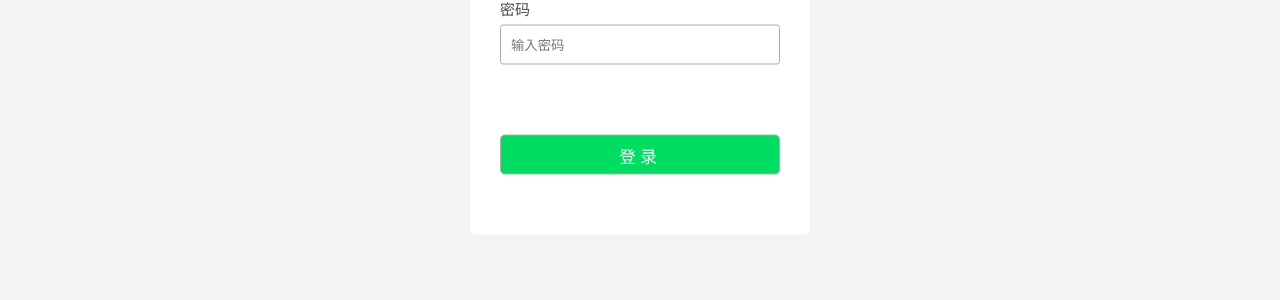
Repository: qxchuckle/LoveUmbrella
Page: index.html
These files come from the project's save history. The page is drawn as it stood at one moment and after the next save; the edit follows.
The browser window is 1280 px wide. The pictures show the whole page.

Above is the page before, as saved 2022-10-02 20:59:39.

### index.html
<!DOCTYPE html>
<html>
	<head>
		<meta charset="utf-8">
		<title>爱心伞注册登录界面</title>
		<link rel="stylesheet" type="text/css" href="index.css" />
	</head>
	<body>
		<div class="control">
            <h2>爱心伞注册登录界面</h2>
			<div class="item">
				<div class="active">登录</div><div>注册</div>
			</div>
			<p id="error_box"></p>
			<div class="content">
				<div style="display: block;">
					<p>账号</p>
					<input class="input1" type="text" placeholder="输入用户名/邮箱" />
					<p>密码</p>
					<input class="input2"  type="text" placeholder="输入密码" />
					<br/>
					<p id="loding_box1"></p>
					<button class="btn1">登录</button>
				</div>
				<div>
					<p>用户名</p>
					<input class="input3"  type="text" placeholder="输入用户名" />
					<p>密码</p>
					<input class="input4"  type="text" placeholder="输入密码" />
					<p>邮箱</p>
					<input class="input5"  type="text" placeholder="输入邮箱" />
					<br/>
					<p id="loding_box2"></p>
					<button class="btn2">注册</button>
				</div>
			</div>
		</div>

		<script src="index.js"></script>
	</body>
</html>

### index.css
*{
	margin: 0;
	padding: 0;
}
body{
	background: #f3f3f3;
	transform: scale(1, 1);
}
.control{
	width: 340px;
	background: white;
	position: absolute;
	top: 50%;
	left: 50%;
	transform: translate(-50%,-50%);
	border-radius: 5px;
}
.control h2{
	text-align: center;
	padding: 10px;
}
.item{
	width: 340px;
	height: 60px;
	background: #eeeeee;
}
.item div{
	width: 170px;
	height: 60px;
	display: inline-block;
	color: black;
	font-size: 18px;
	text-align: center;
	line-height: 60px;
	cursor: pointer;
}
.content{
	width: 100%;
}
.content div{
	margin: 20px 30px;
	display: none;
	text-align: left;
}
p{
	color: #4a4a4a;
	margin-top: 30px;
	margin-bottom: 6px;
	font-size: 15px;
}
.content input[type="text"], .content input[type="password"]{
	width: 100%;
	height: 40px;
	border-radius: 3px;
	border: 1px solid #adadad;
	padding: 0 10px;
	box-sizing: border-box;
}
.content button{
	margin-top: 40px;
	width: 100%;
	height: 40px;
	border-radius: 5px;
	color: white;
	border: 1px solid #adadad;
	background: #00dd60;
	font-size: 17px;
	cursor: pointer;
	letter-spacing: 4px;
	margin-bottom: 40px;
}
.content button:hover{
	background: #36e2e2;
}
.content button:active{
	background: #fa5d5d;
}
.active{
	background: white;
}
.item div:hover{
	background: #f6f6f6;
}
#error_box{
	text-align: center;
	color: #fa5d5d;
	font-weight: 600;
	font-size: 17px;
	margin-top: 15px;
	margin-bottom: -10px;
}

### index.js
const btn1 = document.querySelector(".btn1");
const btn2 = document.querySelector(".btn2");
var oError = document.getElementById("error_box");
var oLoding1 = document.getElementById("loding_box1");
var oLoding2 = document.getElementById("loding_box2");
const account1 = document.querySelector(".input1");
const password1 = document.querySelector(".input2");
const account2 = document.querySelector(".input3");
const password2 = document.querySelector(".input4");
const email = document.querySelector(".input5");
window.onload = function () {
	var item = document.getElementsByClassName("item");
	var it = item[0].getElementsByTagName("div");

	var content = document.getElementsByClassName("content");
	var con = content[0].getElementsByTagName("div");

	for (let i = 0; i < it.length; i++) {
		it[i].onclick = function () {
			for (let j = 0; j < it.length; j++) {
				it[j].className = '';
				con[j].style.display = "none";
			}
			this.className = "active";
			it[i].index = i;
			con[i].style.display = "block";
			oError.innerHTML = "";
		}
	}
}
function setCookies(obj, limitTime) {
	let data = new Date(new Date().getTime() + limitTime * 24 * 60 * 60 * 1000).toUTCString()
	for (let i in obj) {
		document.cookie = i + '=' + obj[i] + ';expires=' + data
	}
}
function getCookie(name) {
	var arr, reg = new RegExp("(^| )" + name + "=([^;]*)(;|$)");
	if (arr = document.cookie.match(reg))
		return unescape(arr[2]);
	else
		return null;
}
var cookieValue = getCookie('token');
//自动登录
if (cookieValue) {
	window.location.href = '/zhuye/';
}
//登录
btn1.addEventListener("click", function () {
	oError.innerHTML = "";
	if (account1.value.length > 20 || account1.value.length < 2) {
		oError.innerHTML = "账号请输入2-20位字符";
		return;
	}
	if (password1.value.length > 20 || password1.value.length < 6) {
		oError.innerHTML = "密码请输入6-20位字符"
		return;
	} else for (var i = 0; i < password1.value.charCodeAt(i); i++) {
		if ((password1.value.charCodeAt(i) < 48) || (password1.value.charCodeAt(i) > 57) && (password1.value.charCodeAt(i) < 97) || (password1.value.charCodeAt(i) > 122)) {
			oError.innerHTML = "密码必须为字母跟数字组成";
			return;
		}
	}
	oLoding1.innerHTML = "<img src='loding.gif'>登录中";
	fetch('https://mock.apifox.cn/m1/1703731-0-default/login', {
		method: "POST",
		body: JSON.stringify({ account: account1.value, password: password1.value }),
		headers: {
			"Content-Type": "application/json"
		},
	})
		.then(response => {
			if (response.ok) {
				return response.json();
			} else {
				return Promise.reject('QAQ出错啦');
			}
		})
		.then(data => {
			console.log(data);
			oError.innerHTML = "登录成功";
			setCookies({
				token: data.list.token,
			}, 7);
			oLoding1.innerHTML = "";
			window.location.href = '/zhuye/';
		});
});

//注册
btn2.addEventListener("click", function () {
	oError.innerHTML = "";
	if (account2.value.length > 20 || account2.value.length < 2) {
		oError.innerHTML = "账号请输入2-20位字符";
		return;
	}
	if (password2.value.length > 20 || password2.value.length < 6) {
		oError.innerHTML = "密码请输入6-20位字符"
		return;
	} else for (var i = 0; i < password2.value.charCodeAt(i); i++) {
		if ((password2.value.charCodeAt(i) < 48) || (password2.value.charCodeAt(i) > 57) && (password2.value.charCodeAt(i) < 97) || (password2.value.charCodeAt(i) > 122)) {
			oError.innerHTML = "密码必须为字母跟数字组成";
			return;
		}
	}
	var email_Regex = new RegExp('^.+@[A-Z0-9a-z]+\.[a-zA-Z]+$');
	if (!email_Regex.test(email.value)) {
		oError.innerHTML = "邮箱格式不正确";
		return;
	}
	oLoding2.innerHTML = "<img src='loding.gif'>注册中";
	fetch('https://mock.apifox.cn/m1/1703731-0-default/register', {
		method: "POST",
		body: JSON.stringify({ account: account2.value, password: password2.value, email: email.value }),
		headers: {
			"Content-Type": "application/json"
		},
	})
		.then(response => {
			if (response.ok) {
				return response.json();
			} else {
				return Promise.reject('QAQ出错啦');
			}
		})
		.then(data => {
			oError.innerHTML = "注册成功";
			oLoding2.innerHTML = "";
	     	window.location.href = '/';
		});
});

After the next save:
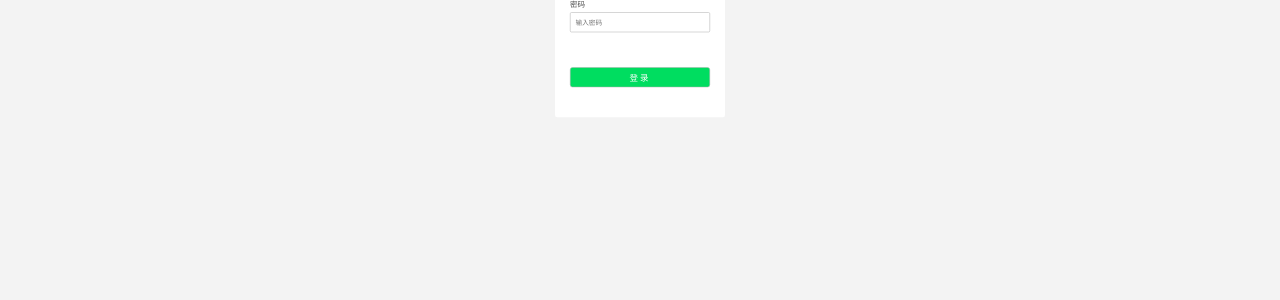
Saved 18 s later.
--- a/index.css
+++ b/index.css
@@ -4,7 +4,7 @@
 }
 body{
 	background: #f3f3f3;
-	transform: scale(1, 1);
+	transform: scale(50%, 50%);
 }
 .control{
 	width: 340px;

After the save that followed:
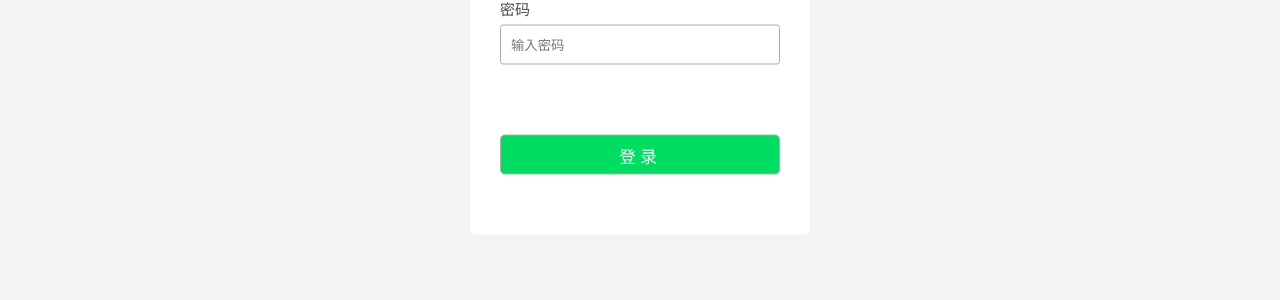
Saved 15 s later.
--- a/index.css
+++ b/index.css
@@ -4,7 +4,7 @@
 }
 body{
 	background: #f3f3f3;
-	transform: scale(50%, 50%);
+	transform: scale(1, 1);
 }
 .control{
 	width: 340px;
